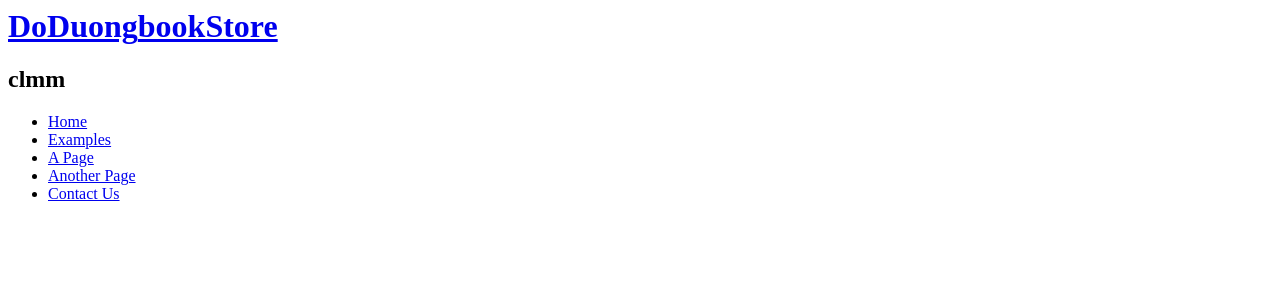
Repository: ngttuyen/JavaWeb
Page: http://localhost/MyWebsite/includes/header.jsp
These files come from the project's save history. The page is drawn as it stood at one moment and after the next save; the edit follows.
The browser window is 1280 px wide. The pictures show the whole page.
The page is served by Tomcat 9.

Above is the page before, as saved 2019-06-01 09:39:29.

After the next save:
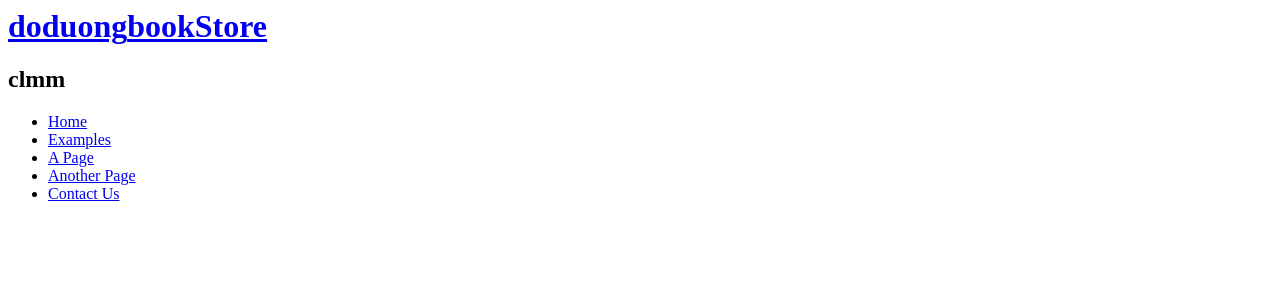
Saved 13 s later.
--- a/MyWebsite/WebContent/includes/header.jsp
+++ b/MyWebsite/WebContent/includes/header.jsp
@@ -3,7 +3,7 @@
       <div id="logo">
         <div id="logo_text">
           <!-- class="logo_colour", allows you to change the colour of the text -->
-          <h1><a href="index.jsp">DoDuong<span class="logo_colour">bookStore</span></a></h1>
+          <h1><a href="index.jsp">doduong<span class="logo_colour">bookStore</span></a></h1>
           <h2>clmm</h2>
         </div>
       </div>
